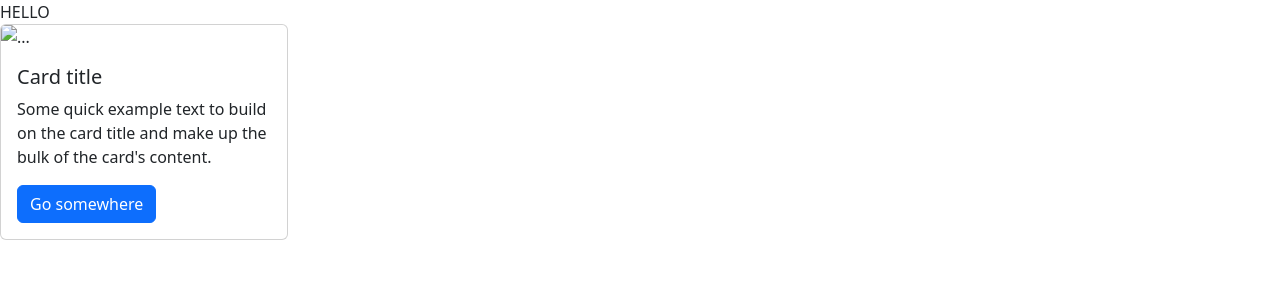
Repository: owuraku/DBC28.1
Page: http://localhost/employees
An editor plug-in stored every save of this project. The page is shown before and after the next save, followed by the edit.
The browser window is 1280 px wide. The pictures show the whole page.
The page is served by the project's Laravel application, run on PHP 8.4 with Laravel 10. Other server files are loaded and not shown.

Above is the page before, as saved 2023-05-19 09:53:52.

### routes/web.php
<?php

use App\Http\Controllers\EmployeeController;
use App\Http\Controllers\FirstController;
use Illuminate\Support\Facades\Route;

/*
|--------------------------------------------------------------------------
| Web Routes
|--------------------------------------------------------------------------
|
| Here is where you can register web routes for your application. These
| routes are loaded by the RouteServiceProvider and all of them will
| be assigned to the "web" middleware group. Make something great!
|
*/

Route::get('/', function () {
    return view('welcome');
});

// Route::get('/employees', function(){
//     return "Get all employees";
// })->name('employees.index');


// Route::get('/employees/{id}', function($id){
//     return "Get employee with id of $id";
// })->whereNumber('id')->name('employees.show');

Route::get('/employees', [FirstController::class, 'myFirstControllerFunction']);



//Route prefix
// Route::prefix('/employees')
// ->name('employees.')
// ->controller(FirstController::class)
// ->group(function(){
    // Route::get('', 'myFirstControllerFunction' )->name('index');

//     Route::post('', function(){
//         return "Save employee details";
//     })->name('store');

//     Route::get('/create', function(){
//         return "Get employee create form";
//     })->name('create');

//     Route::get('/{id}', 'mySecondControllerFunction')->name('show');

//      Route::get('/edit/{id}', function($id){
//         return "Get edit form for employee with id of $id";
//     })->name('edit');

//     Route::patch('/{id}', function($id){
//         return "Edit employee id of $id";
//     })->name('update');

//      Route::delete('/{id}', function($id){
//         return "Delete employee id of $id";
//     })->name('destroy');
// });


Route::resource('/employees', EmployeeController::class);

### app/Http/Controllers/EmployeeController.php
<?php

namespace App\Http\Controllers;

use Illuminate\Http\Request;

class EmployeeController extends Controller
{
    /**
     * Display a listing of the resource.
     */
    public function index()
    {
        return view('myFirstView');
        // return view('test');
        // return [
        //     [
        //         "id" => 1, "name"=> "Kofi Mensah"
        //     ],
        //      [
        //         "id" => 2, "name"=> "Adwoa Mansah"
        //     ]
        // ];
        //
    }

    /**
     * Show the form for creating a new resource.
     */
    public function create()
    {
        //
    }

    /**
     * Store a newly created resource in storage.
     */
    public function store(Request $request)
    {
        $validated = $request->validate([
        'last_name' => 'required|min:10',
        'first_name' => 'required|min:10',
        ]);
        //

        return $validated;
    }

    /**
     * Display the specified resource.
     */
    public function show(string $id)
    {
        //
    }

    /**
     * Show the form for editing the specified resource.
     */
    public function edit(string $id)
    {
        //
    }

    /**
     * Update the specified resource in storage.
     */
    public function update(Request $request, string $id)
    {
        //
    }

    /**
     * Remove the specified resource from storage.
     */
    public function destroy(string $id)
    {
        //
    }
}

### resources/views/myFirstView.blade.php
<!DOCTYPE html>
<html lang="en">

<head>
    <meta charset="UTF-8">
    <meta name="viewport" content="width=device-width, initial-scale=1.0">
    <meta http-equiv="X-UA-Compatible" content="ie=edge">
    <link href="https://cdn.jsdelivr.net/npm/bootstrap@5.3.0-alpha3/dist/css/bootstrap.min.css" rel="stylesheet"
        integrity="sha384-KK94CHFLLe+nY2dmCWGMq91rCGa5gtU4mk92HdvYe+M/SXH301p5ILy+dN9+nJOZ" crossorigin="anonymous">
    <title>Document</title>
</head>

<body>

    {{ 'HELLO' }}

    <div class="card" style="width: 18rem;">
        <img src="..." class="card-img-top" alt="...">
        <div class="card-body">
            <h5 class="card-title">Card title</h5>
            <p class="card-text">Some quick example text to build on the card title and make up the bulk of the card's
                content.</p>
            <a href="#" class="btn btn-primary">Go somewhere</a>
        </div>
    </div>



    <script src="https://cdn.jsdelivr.net/npm/bootstrap@5.3.0-alpha3/dist/js/bootstrap.bundle.min.js"
        integrity="sha384-ENjdO4Dr2bkBIFxQpeoTz1HIcje39Wm4jDKdf19U8gI4ddQ3GYNS7NTKfAdVQSZe" crossorigin="anonymous">
    </script>
</body>

</html>

Loaded but not shown: app/Http/Controllers/Controller.php (common file)

After the next save:
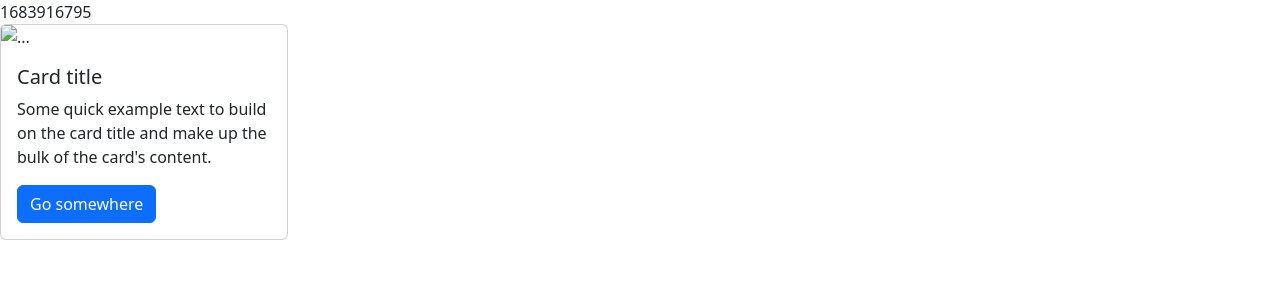
Saved 21 s later.
--- a/resources/views/myFirstView.blade.php
+++ b/resources/views/myFirstView.blade.php
@@ -12,7 +12,7 @@
 
 <body>
 
-    {{ 'HELLO' }}
+    {{ time() }}
 
     <div class="card" style="width: 18rem;">
         <img src="..." class="card-img-top" alt="...">
